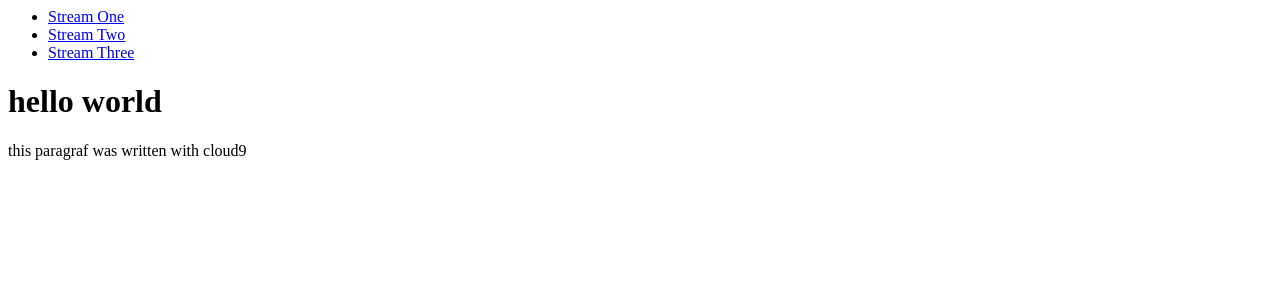
Repository: EricGaona/my-first-website
Page: stream-one.html
The author's editor kept a record of every edit. The page is drawn from the files as they stood at one moment, then again after the next edit.
The browser window is 1280 px wide. The pictures show the whole page.

Above is the page before.

After the next edit:
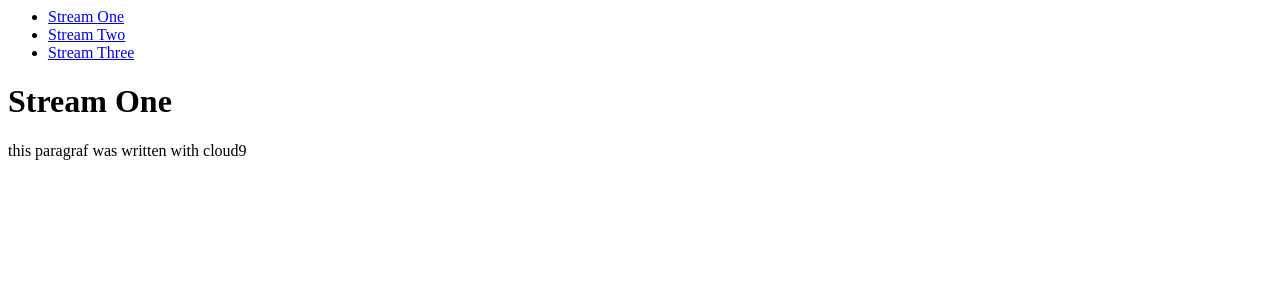
The edit:
--- a/stream-one.html
+++ b/stream-one.html
@@ -10,7 +10,7 @@
                 <li><a href="stream-three.html">Stream Three</a></li>
             </ul>
         </nav>
-        <h1>hello world</h1>
+        <h1>Stream One</h1>
         <p>this paragraf was written with cloud9</p>
     </body>
 </html>
